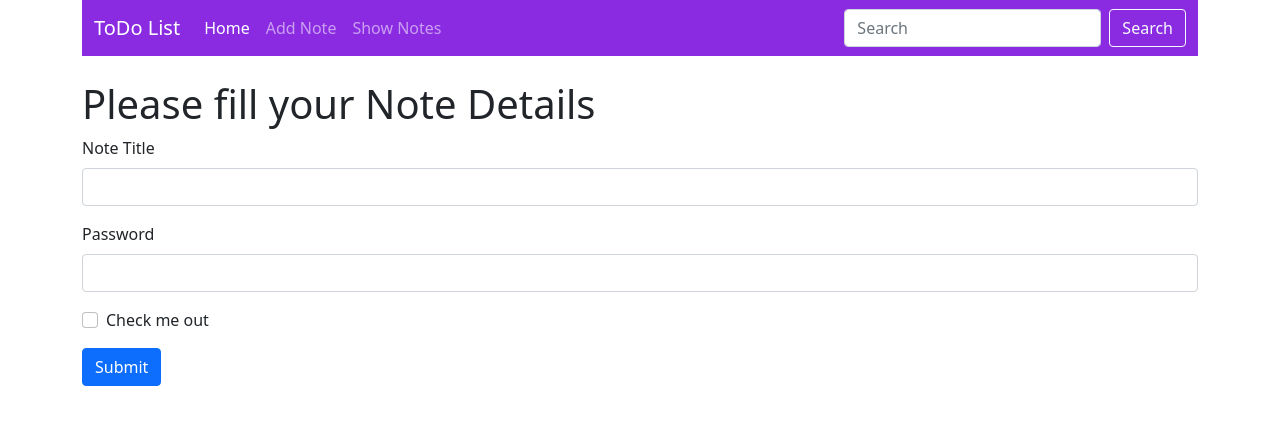
Repository: VishalSalvi17/Hibernate
Page: http://localhost/ToDoList/addnote.jsp
The author's editor kept a copy of each file at every save. The page is drawn from the files as they stood at one save, then again after the next save.
The browser window is 1280 px wide. The pictures show the whole page.
The page is served by Tomcat 9. Other server files are loaded and not shown.

Above is the page before, as saved 2023-03-16 10:55:46.

### ToDoList/src/main/webapp/addnote.jsp
<%@ page language="java" contentType="text/html; charset=ISO-8859-1"
	pageEncoding="ISO-8859-1"%>
<!DOCTYPE html PUBLIC "-//W3C//DTD HTML 4.01 Transitional//EN" "http://www.w3.org/TR/html4/loose.dtd">
<html>
<head>
<!-- Required meta tags -->
<meta charset="utf-8">
<meta name="viewport" content="width=device-width, initial-scale=1">

<%@include file="all_js_css.jsp"%>
<title>Add Notes</title>
</head>
<body>
	<div class="container">
		<%@include file="navbar.jsp"%>
		<br>
		<h1>Please fill your Note Details</h1>

		<!-- This is form -->
		<form action = "SaveNoteServlet" method="post">
			<div class="mb-3">
				<label for="exampleInputEmail1" class="form-label">Note Title</label>
				<input type="text" class="form-control"
					id="title" aria-describedby="emailHelp">

			</div>
			<div class="mb-3">
				<label for="exampleInputPassword1" class="form-label">Password</label>
				<input type="password" class="form-control"
					id="exampleInputPassword1">
			</div>
			<div class="mb-3 form-check">
				<input type="checkbox" class="form-check-input" id="exampleCheck1">
				<label class="form-check-label" for="exampleCheck1">Check me
					out</label>
			</div>
			<button type="submit" class="btn btn-primary">Submit</button>
		</form>
	</div>
</body>
</html>

### ToDoList/src/main/webapp/all_js_css.jsp
<!-- Bootstrap CSS -->
<link
	href="https://cdn.jsdelivr.net/npm/bootstrap@5.0.2/dist/css/bootstrap.min.css"
	rel="stylesheet"
	integrity="sha384-EVSTQN3/azprG1Anm3QDgpJLIm9Nao0Yz1ztcQTwFspd3yD65VohhpuuCOmLASjC"
	crossorigin="anonymous">

<!-- style path-->
<link href="css/style.css" rel="stylesheet">

<!-- Option 1: Bootstrap Bundle with Popper -->
<script
	src="https://cdn.jsdelivr.net/npm/bootstrap@5.0.2/dist/js/bootstrap.bundle.min.js"
	integrity="sha384-MrcW6ZMFYlzcLA8Nl+NtUVF0sA7MsXsP1UyJoMp4YLEuNSfAP+JcXn/tWtIaxVXM"
	crossorigin="anonymous"></script>

<!-- Option 2: Separate Popper and Bootstrap JS -->
<script
	src="https://cdn.jsdelivr.net/npm/@popperjs/core@2.9.2/dist/umd/popper.min.js"
	integrity="sha384-IQsoLXl5PILFhosVNubq5LC7Qb9DXgDA9i+tQ8Zj3iwWAwPtgFTxbJ8NT4GN1R8p"
	crossorigin="anonymous"></script>
<script
	src="https://cdn.jsdelivr.net/npm/bootstrap@5.0.2/dist/js/bootstrap.min.js"
	integrity="sha384-cVKIPhGWiC2Al4u+LWgxfKTRIcfu0JTxR+EQDz/bgldoEyl4H0zUF0QKbrJ0EcQF"
	crossorigin="anonymous"></script>

### ToDoList/src/main/webapp/navbar.jsp
<nav class="navbar navbar-expand-lg navbar-dark blue">
  <div class="container-fluid">
    <a class="navbar-brand" href="index.jsp">ToDo List</a>
    <button class="navbar-toggler" type="button" data-bs-toggle="collapse" data-bs-target="#navbarSupportedContent" aria-controls="navbarSupportedContent" aria-expanded="false" aria-label="Toggle navigation">
      <span class="navbar-toggler-icon"></span>
    </button>
    <div class="collapse navbar-collapse" id="navbarSupportedContent">
      <ul class="navbar-nav me-auto mb-2 mb-lg-0">
        <li class="nav-item">
          <a class="nav-link active" aria-current="page" href="index.jsp">Home</a>
        </li>
        <li class="nav-item">
          <a class="nav-link" href="addnote.jsp">Add Note</a>
        </li>
        <li class="nav-item">
          <a class="nav-link" href="#" tabindex="-1">Show Notes</a>
        </li>
      </ul>
      <form class="d-flex">
        <input class="form-control me-2" type="search" placeholder="Search" aria-label="Search">
        <button class="btn btn-outline-light" type="submit">Search</button>
      </form>
    </div>
  </div>
</nav>

### ToDoList/src/main/webapp/css/style.css
.blue{
	background:#8A2BE2;
}

After the next save:
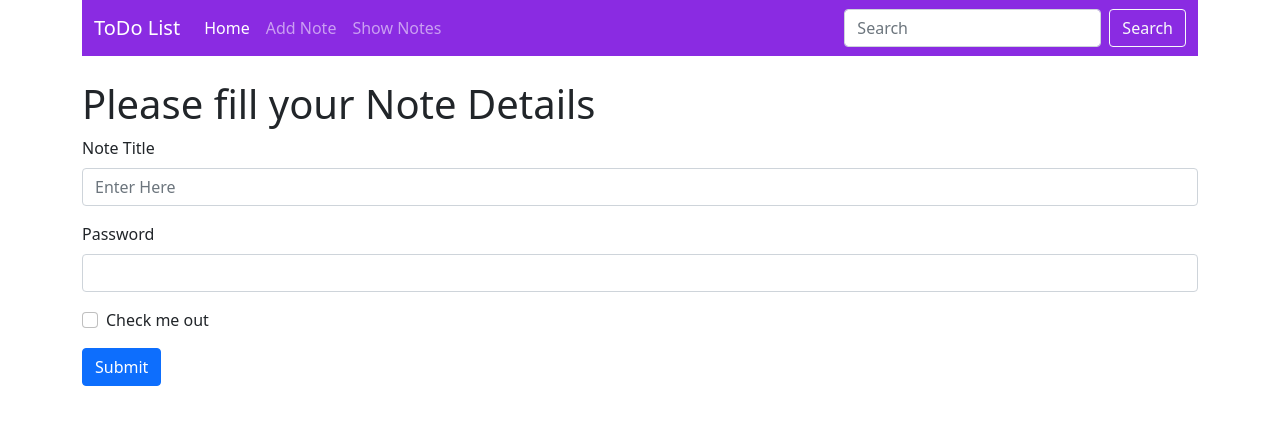
Saved 23 s later.
--- a/ToDoList/src/main/webapp/addnote.jsp
+++ b/ToDoList/src/main/webapp/addnote.jsp
@@ -21,7 +21,7 @@
 			<div class="mb-3">
 				<label for="exampleInputEmail1" class="form-label">Note Title</label>
 				<input type="text" class="form-control"
-					id="title" aria-describedby="emailHelp">
+					id="title" aria-describedby="emailHelp" placeholder="Enter Here">
 
 			</div>
 			<div class="mb-3">
